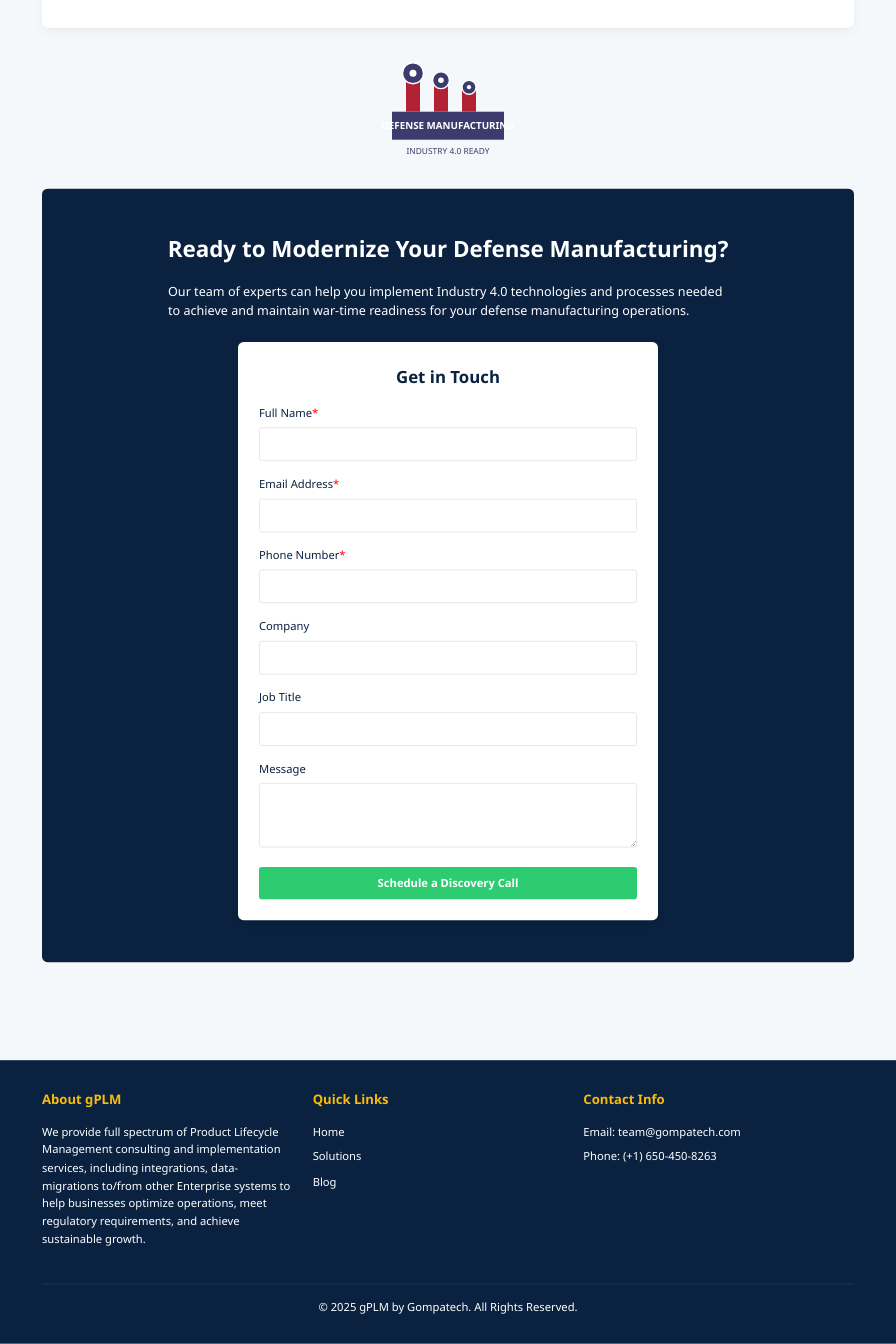
Repository: gompaBlogs/website
Page: wartimemfg.html
These files come from the project's save history. The page is drawn as it stood at one moment and after the next save; the edit follows.
The browser window is 1280 px wide. The pictures show the part of the page from y = 2121 to 4041 px (the page is 4041 px tall before and 3990 px after), at 70% of full size.

Above is the page before, as saved 2025-05-07 23:25:39.

After the next save:
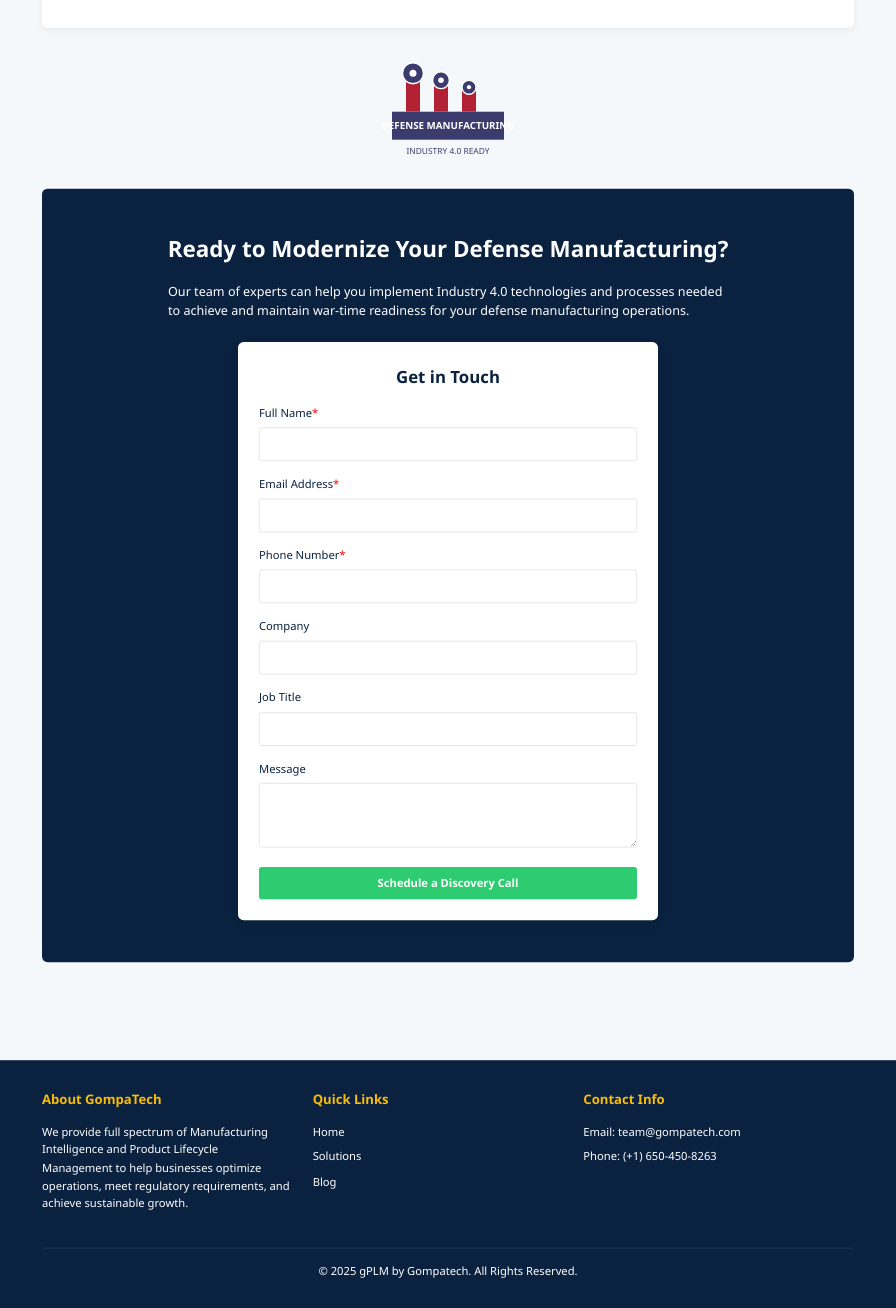
Saved 99 s later.
--- a/wartimemfg.html
+++ b/wartimemfg.html
@@ -492,8 +492,8 @@
         <div class="container">
             <div class="footer-content">
                 <div class="footer-section">
-                    <h3>About gPLM</h3>
-                    <p>We provide full spectrum of Product Lifecycle Management consulting and implementation services, including integrations, data-migrations to/from other Enterprise systems to help businesses optimize operations, meet regulatory requirements, and achieve sustainable growth.</p>
+                    <h3>About GompaTech</h3>
+                    <p>We provide full spectrum of Manufacturing Intelligence and Product Lifecycle Management to help businesses optimize operations, meet regulatory requirements, and achieve sustainable growth.</p>
                 </div>
                 <div class="footer-section">
                     <h3>Quick Links</h3>
